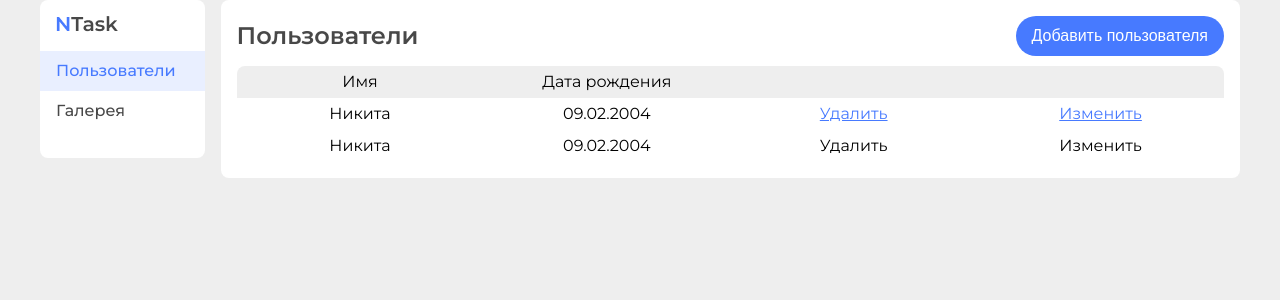
Repository: Grid-Master/NTask
Page: /
An editor plug-in stored every save of this project. The page is shown before and after the next save, followed by the edit.
The browser window is 1280 px wide. The pictures show the whole page.
The project was rebuilt for these pictures with package versions that can differ from the ones it lists, and the page was loaded fresh each time.

Above is the page before, as saved 2023-06-05 11:11:05.

After the next save:
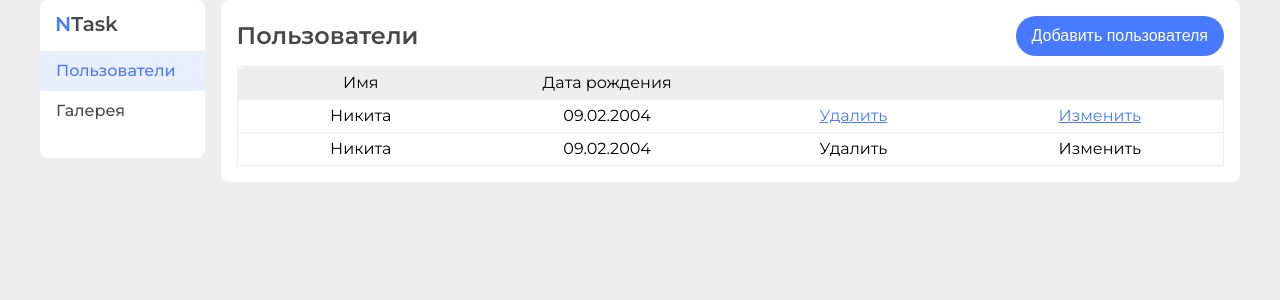
Saved 112 s later.
--- a/src/components/userList/userList.sass
+++ b/src/components/userList/userList.sass
@@ -44,6 +44,8 @@
             transition: .2s
             &:hover
                 opacity: .8
+        tr
+            border: 1px solid #EEEEEE
         tr:first-child td:first-child
             border-top-left-radius: 8px
         tr:first-child td:last-child
